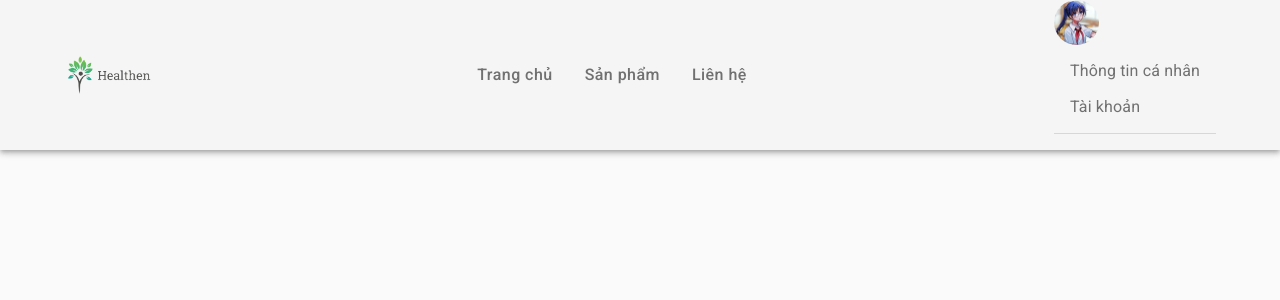
Repository: ndtrung341/Bao_Cao_PTW
Page: / (app in client/)
An editor plug-in stored every save of this project. The page is shown before and after the next save, followed by the edit.
The browser window is 1280 px wide. The pictures show the whole page.
The project was rebuilt for these pictures with package versions that can differ from the ones it lists, and the page was loaded fresh each time. Also part of the build but not shown: client/src/App.css.

Above is the page before, as saved 2022-03-24 12:41:13.

### client/public/index.html
<!DOCTYPE html>
<html lang="en">
   <head>
      <meta charset="utf-8" />
      <link rel="icon" href="%PUBLIC_URL%/favicon.ico" />
      <meta name="viewport" content="width=device-width, initial-scale=1" />
      <meta name="theme-color" content="#000000" />
      <meta name="description" content="Web site created using create-react-app" />
      <link rel="apple-touch-icon" href="%PUBLIC_URL%/logo192.png" />
      <!--
      manifest.json provides metadata used when your web app is installed on a
      user's mobile device or desktop. See https://developers.google.com/web/fundamentals/web-app-manifest/
    -->
      <link rel="manifest" href="%PUBLIC_URL%/manifest.json" />
      <!--
      Notice the use of %PUBLIC_URL% in the tags above.
      It will be replaced with the URL of the `public` folder during the build.
      Only files inside the `public` folder can be referenced from the HTML.

      Unlike "/favicon.ico" or "favicon.ico", "%PUBLIC_URL%/favicon.ico" will
      work correctly both with client-side routing and a non-root public URL.
      Learn how to configure a non-root public URL by running `npm run build`.
    -->
      <link
         rel="stylesheet"
         href="https://fonts.googleapis.com/css?family=Roboto:300,400,500,700&display=swap"
      />
      <link rel="stylesheet" href="https://fonts.googleapis.com/icon?family=Material+Icons" />
      <title>React App</title>
   </head>
   <body>
      <noscript>You need to enable JavaScript to run this app.</noscript>
      <div id="root"></div>
      <!--
      This HTML file is a template.
      If you open it directly in the browser, you will see an empty page.

      You can add webfonts, meta tags, or analytics to this file.
      The build step will place the bundled scripts into the <body> tag.

      To begin the development, run `npm start` or `yarn start`.
      To create a production bundle, use `npm run build` or `yarn build`.
    -->
   </body>
</html>

### client/src/index.js
import React from 'react';
import ReactDOM from 'react-dom';
import './index.css';
import App from './App';
import reportWebVitals from './reportWebVitals';
import { CssBaseline } from '@material-ui/core';

ReactDOM.render(
   <React.StrictMode>
      <CssBaseline />
      <App />
   </React.StrictMode>,
   document.getElementById('root')
);

// If you want to start measuring performance in your app, pass a function
// to log results (for example: reportWebVitals(console.log))
// or send to an analytics endpoint. Learn more: https://bit.ly/CRA-vitals
reportWebVitals();

### client/src/App.js
import logo from './logo.svg';
import './App.css';
import Header from './components/Header';

function App() {
   return <Header />;
}

export default App;

### client/src/components/Header/index.jsx
import React from 'react';
import AppBar from '@mui/material/AppBar';
import Box from '@mui/material/Box';
import Toolbar from '@mui/material/Toolbar';
import IconButton from '@mui/material/IconButton';
import Typography from '@mui/material/Typography';
import Menu from '@mui/material/Menu';
import MenuIcon from '@mui/icons-material/Menu';
import Container from '@mui/material/Container';
import Avatar from '@mui/material/Avatar';
import Button from '@mui/material/Button';
import Tooltip from '@mui/material/Tooltip';
import MenuItem from '@mui/material/MenuItem';
import { makeStyles, useTheme } from '@material-ui/core';
import { LOGO, NAV_LINKS, AVATAR_DEFAULT } from 'constants';
import { SETTING_LINKS } from 'constants';
import { Divider, MenuList } from '@mui/material';

const useStyles = makeStyles((theme) => ({
   root: {
      backgroundColor: theme.palette.grey[100],
   },
   logo: {
      width: 90,
      marginRight: theme.spacing(2),
      '&>img': {
         maxWidth: '100%',
         height: 'auto',
         objectFit: 'cover',
      },
   },
   menu: {
      color: theme.palette.text.secondary,
      justifyContent: 'center',
      '&>button': {
         margin: theme.spacing(0, 1),
         color: 'inherit',
         display: 'block',
         textTransform: 'none',
         fontSize: theme.typography.htmlFontSize,
      },
   },
}));

const Header = (props) => {
   const classes = useStyles();

   const [anchorElNav, setAnchorElNav] = React.useState(null);
   const [anchorElUser, setAnchorElUser] = React.useState(null);

   const handleOpenNavMenu = (event) => {
      setAnchorElNav(event.currentTarget);
   };
   const handleOpenUserMenu = (event) => {
      setAnchorElUser(event.currentTarget);
   };

   const handleCloseNavMenu = () => {
      setAnchorElNav(null);
   };

   const handleCloseUserMenu = () => {
      setAnchorElUser(null);
   };

   return (
      <AppBar position="static" color="default">
         <Container className={classes.root}>
            <Toolbar disableGutters>
               {/* MENU MOBILE */}
               <Box sx={{ flexGrow: 1, flexShrink: 0, display: { xs: 'flex', md: 'none' } }}>
                  <IconButton
                     size="large"
                     aria-label="account of current user"
                     aria-controls="menu-appbar"
                     aria-haspopup="true"
                     onClick={handleOpenNavMenu}
                     color="inherit"
                  >
                     <MenuIcon />
                  </IconButton>
                  <Menu
                     id="menu-appbar"
                     anchorEl={anchorElNav}
                     anchorOrigin={{
                        vertical: 'bottom',
                        horizontal: 'left',
                     }}
                     keepMounted
                     transformOrigin={{
                        vertical: 'top',
                        horizontal: 'left',
                     }}
                     open={Boolean(anchorElNav)}
                     onClose={handleCloseNavMenu}
                     sx={{
                        display: { xs: 'block', md: 'none' },
                     }}
                  >
                     {NAV_LINKS.map((item) => (
                        <MenuItem key={item.name} onClick={handleCloseNavMenu}>
                           <Typography textAlign="center">{item.name}</Typography>
                        </MenuItem>
                     ))}
                  </Menu>
               </Box>
               {/* END MENU MOBILE */}

               {/* LOGO MOBILE */}
               <Box sx={{ flexGrow: 1, display: { xs: 'flex', md: 'none' } }}>
                  <img src={LOGO} alt="" width={100} />
               </Box>
               {/* END LOGO MOBILE */}

               {/* LOGO PC */}
               <Box sx={{ display: { xs: 'none', md: 'flex' } }} className={classes.logo}>
                  <img src={LOGO} alt="" />
               </Box>
               {/* END LOGO PC */}

               {/* MENU PC */}
               <Box
                  sx={{ flexGrow: 1, flexShrink: 0, display: { xs: 'none', md: 'flex' } }}
                  className={classes.menu}
               >
                  {NAV_LINKS.map((item) => (
                     <Button key={item.name} onClick={handleCloseNavMenu}>
                        {item.name}
                     </Button>
                  ))}
               </Box>
               {/* END MENU PC */}

               <Box sx={{ flexGrow: 0 }}>
                  <Tooltip title="Open settings">
                     <IconButton onClick={handleOpenUserMenu} sx={{ p: 0 }}>
                        <Avatar
                           alt="Remy Sharp"
                           src={AVATAR_DEFAULT}
                           sx={{ width: 45, height: 45 }}
                        />
                     </IconButton>
                  </Tooltip>
                  <MenuList
                     className={classes.menu}
                     id="menu-appbar"
                     anchorEl={anchorElUser}
                     anchorOrigin={{
                        vertical: 'top',
                        horizontal: 'right',
                     }}
                     keepMounted
                     transformOrigin={{
                        vertical: 'top',
                        horizontal: 'right',
                     }}
                     open={Boolean(anchorElUser)}
                     onClose={handleCloseUserMenu}
                  >
                     {SETTING_LINKS.map((setting) => (
                        <MenuItem key={setting.name} onClick={handleCloseUserMenu}>
                           <Typography textAlign="center">{setting.name}</Typography>
                        </MenuItem>
                     ))}
                     <Divider />
                  </MenuList>
               </Box>
            </Toolbar>
         </Container>
      </AppBar>
   );
};

export default Header;

### client/src/constants/common.js
export const LOGO = require('assets/img/logo.png');
export const AVATAR_DEFAULT = require('assets/img/avatar-default.png');
export const NAV_LINKS = [
   {
      name: 'Trang chủ',
      path: '/',
   },
   {
      name: 'Sản phẩm',
      path: '/collections',
   },
   {
      name: 'Liên hệ',
      path: '/contact',
   },
];

export const SETTING_LINKS = [
   {
      name: 'Thông tin cá nhân',
      path: '/user/profile',
   },
   {
      name: 'Tài khoản',
      path: '/user/account',
   },
];

Loaded but not shown: client/src/index.css (common file); client/src/reportWebVitals.js (common file); client/src/constants/index.js (common file)

After the next save:
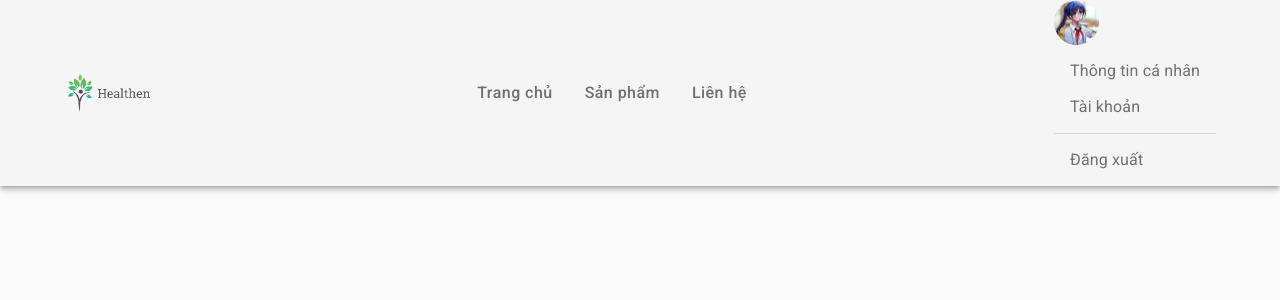
Saved 71 s later.
--- a/client/src/components/Header/index.jsx
+++ b/client/src/components/Header/index.jsx
@@ -14,7 +14,7 @@
 import { makeStyles, useTheme } from '@material-ui/core';
 import { LOGO, NAV_LINKS, AVATAR_DEFAULT } from 'constants';
 import { SETTING_LINKS } from 'constants';
-import { Divider, MenuList } from '@mui/material';
+import { Divider, ListItem, ListItemText, MenuList } from '@mui/material';
 
 const useStyles = makeStyles((theme) => ({
    root: {
@@ -159,10 +159,13 @@
                   >
                      {SETTING_LINKS.map((setting) => (
                         <MenuItem key={setting.name} onClick={handleCloseUserMenu}>
-                           <Typography textAlign="center">{setting.name}</Typography>
+                           <ListItemText>{setting.name}</ListItemText>
                         </MenuItem>
                      ))}
                      <Divider />
+                     <MenuItem>
+                        <ListItemText>Đăng xuất</ListItemText>
+                     </MenuItem>
                   </MenuList>
                </Box>
             </Toolbar>
